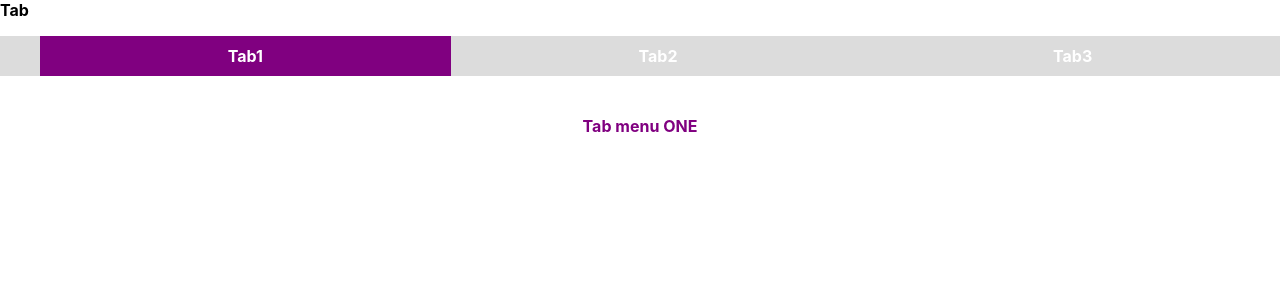
Repository: janghwahyun/wanted_pre_onboarding
Page: /Tab
These files come from the project's save history. The page is drawn as it stood at one moment and after the next save; the edit follows.
The browser window is 1280 px wide. The pictures show the whole page.
The project was rebuilt for these pictures with package versions that can differ from the ones it lists, and the page was loaded fresh each time. Also part of the build but not shown: src/component/ClickToEdit.js, src/component/AutoComplete.js, src/component/Modal.js, src/component/Tag.js, src/component/Toggle.js.

Above is the page before, as saved 2022-02-11 14:25:01.

After the next save:
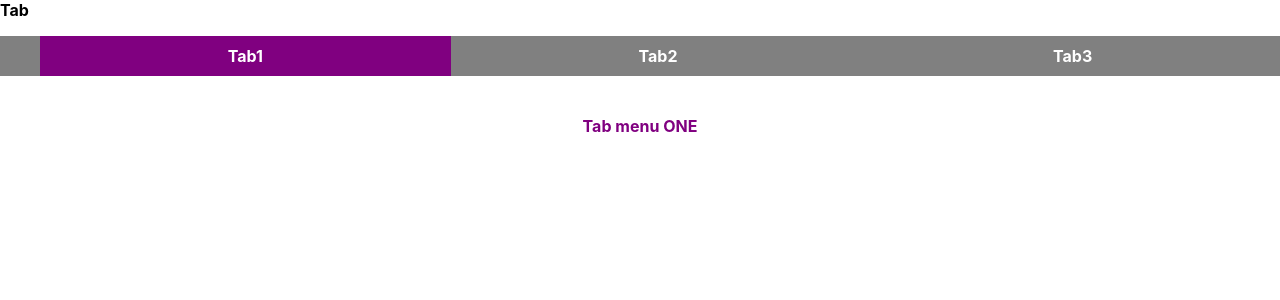
Saved 33 s later.
--- a/src/component/Tab.js
+++ b/src/component/Tab.js
@@ -35,7 +35,7 @@ const Tab = () => {
 };
 
 const TabMenu = styled.ul`
-  background-color: #dcdcdc;
+  background-color: grey;
   color: white;
   font-weight: bold;
   display: flex;
